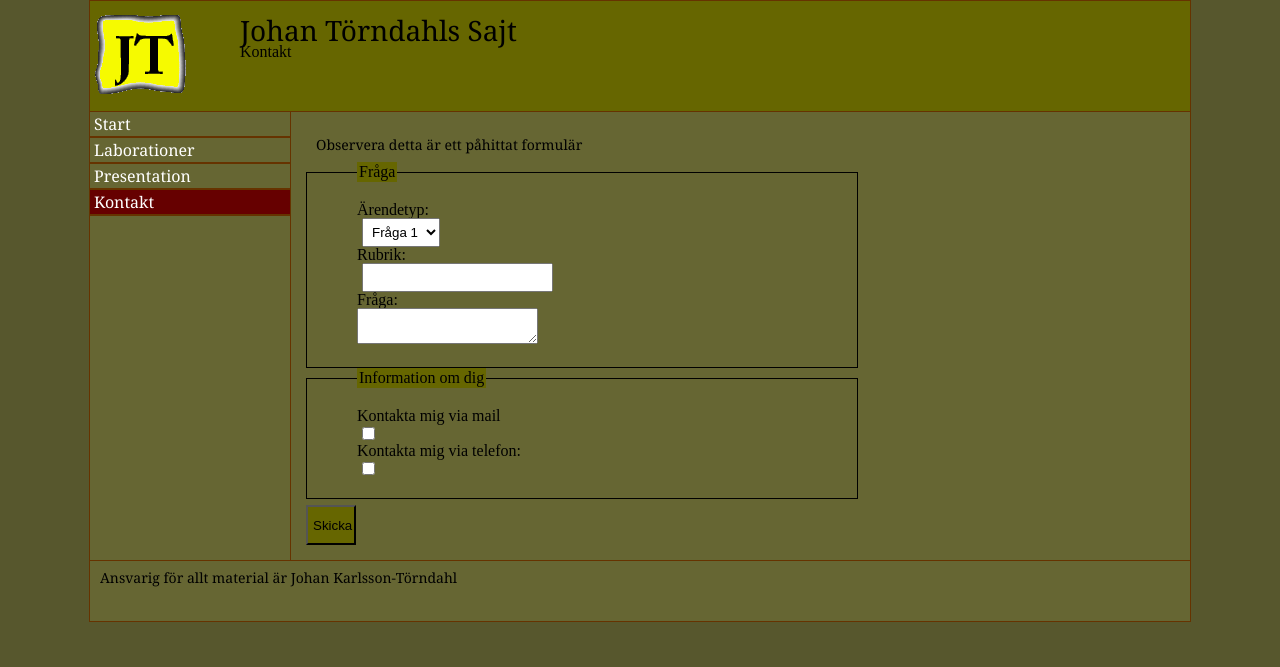
Repository: jt222ia/1ik415-jt222ia-laborationer
Page: pages/kontakt.html
The author's editor kept a record of every edit. The page is drawn from the files as they stood at one moment, then again after the next edit.
The browser window is 1280 px wide. The pictures show the whole page.

Above is the page before.

### pages/kontakt.html
<!DOCTYPE html>
<html>
    <head>
        <meta charset="utf-8" />
        <title>Min kursblogg - Kontakt</title>
        <link rel="stylesheet" href="../css/style.css" type="text/css" />
    </head>
    <body>
    <div id="container">

        <div id="header">
            <div id="header_logo">
                <img src="../pics/logo_trans.png" alt="logotyp">
            </div>

            <div id="header_content">
                <h1 class="top_h1">Johan Törndahls Sajt</h1>
                <span>Kontakt</span>
            </div>
        </div>
        <div id="clear"></div>

        <div id="navigation">
            <ul>
               <li><a href="../index.html">Start</a></li>
               <li><a href="laborationer.html">Laborationer</a></li>
               <li><a href="presentation.html">Presentation</a></li>
               <li><a href="kontakt.html" class="active">Kontakt</a></li>
            </ul>
        </div>
        <div id="content">
            <p>Observera detta är ett påhittat formulär</p>

            <form method="POST" action="http://voyager.lnu.se/tekinet/kurser/dtt/wp_webbintro/form.php">
                <fieldset>
                <legend>Fråga</legend>
                <label for="arende">Ärendetyp:</label><br />
                    <select name="arende" class="input">
                        <option value="fragaett">Fråga 1</option>
                        <option value="fragatva">Fråga 2</option>
                    </select><br />
                <label for="rubrik">Rubrik:</label><br />
                    <input type="text" name="rubrik" class="input" /><br />
                <label for="">Fråga:</label><br />
                <textarea></textarea>
                </fieldset>

                <fieldset>
                <legend>Information om dig</legend>
                <label for="mail">Kontakta mig via mail</label><br /><input type="checkbox" name="mail" class="input" /><br />
                <label for="telefon">Kontakta mig via telefon:</label><br /><input type="checkbox" name="telefon" class="input" />
                </fieldset>

               <input type="submit" value="Skicka" class="submit" />
            </form>
        </div>
        <div id="footer">
            <p>Ansvarig för allt material är Johan Karlsson-Törndahl </p>
        </div>
    </div>
    </body>
</html>

### css/style.css
/*
Mina färger
Container, content, navigation - #666633
Header,  - #666600
Borders - #663300
Länkar - #fff
Active link - #660000
*/

html, body, div, span, applet, object, iframe,
h1, h2, h3, h4, h5, h6, p, blockquote, pre,
a, abbr, acronym, address, big, cite, code,
del, dfn, em, img, ins, kbd, q, s, samp,
small, strike, strong, sub, sup, tt, var,
b, u, i, center,
dl, dt, dd, ol, ul, li,
fieldset, form, label, legend,
table, caption, tbody, tfoot, thead, tr, th, td,
article, aside, canvas, details, embed,
figure, figcaption, footer, header, hgroup,
menu, nav, output, ruby, section, summary,
time, mark, audio, video {
	margin: 0;
	padding: 0;
	border: 0;
	font-size: 100%;
	font: inherit;
	vertical-align: baseline;
}
/* HTML5 display-role reset for older browsers */
article, aside, details, figcaption, figure,
footer, header, hgroup, menu, nav, section {
	display: block;
}
body {
	line-height: 1;
}
ol, ul {
	list-style: none;
}
blockquote, q {
	quotes: none;
}
blockquote:before, blockquote:after,
q:before, q:after {
	content: '';
	content: none;
}
table {
	border-collapse: collapse;
	border-spacing: 0;
}

body {
 background-color:#57572D;

}

/*De stora blocken */

#container{
    margin:0 auto;
    width:1100px;
    border:1px solid #663300;
    background-color:#666633;

}

#header {
    height:110px;
    background-color:#666600;
    border-bottom:1px solid #663300;

}
#header_logo {
    float:left;
    width:150px;


}
#header_content {
    float:left;
    width:500px;

}

#navigation{
    width:200px;
    float:left;
    background-color:#666633;

}
#content {
    width:868px;
    float:left;
    padding:15px;
    background-color:#666633;
    border-left:1px solid #663300;

}
#content p {
  line-height:15px;

}

#footer {
    clear:both;
    height:60px;
    border-top:1px solid #663300;
    background-color:#666633;
}
#clear {
    clear:both;
}

/* Menyn */

#navigation ul {
     margin:0px;
     padding:0px;
     list-style:none;
}
#navigation ul li {

}
#navigation ul a {
    display:block;
    padding:4px;
    width:200px;
    font-family:georgia;
    text-decoration:none;
    border-bottom:2px solid #663300;
    color:#fff;
    background-color:#666633;

}
#navigation ul a:hover{
    background-color:#663333;
}

/* Formulär på kontaktsidan */
fieldset {
    width:500px;
    padding:20px 0 20px 50px;
    border:1px solid #000;

}
legend {
    background-color:#666600;
    padding:2px;
}
.input{
    padding:5px;
    margin-left:5px;
}
.submit{
    width:50px;
    height:40px;
    padding:5px;
    margin-top:6px;
    background-color:#666600;
}



/*Klasser */

#navigation ul li .active {
   background-color:#660000;

}
.postauthor{
    text-align:right;
    font-style:italic;

}
.top_h1 {
    margin-top:15px;
    margin-right:10px;
}

.icon{
    float:left;
}

.img_right{
   float:right;
   border:2px solid #000;
   background-color:#dedede;
   padding:5px;
}
.img_left{

   border:2px solid #000;
   background-color:#ededed;
   padding:5px;
}
.sidul {
    list-style:none;
    margin-left:5px;
}
.sidol {
    margin-left:5px;

}

/*Typografi på sidan */

h1 {
    font-size:28px;
    font-family:Georgia, sans-serif;

}
h2 {
    font-size:24px;
    font-family:Georgia, sans-serif;
    text-decoration:underline;

}
h3 {
    font-size:18px;
    font-family:Georgia, sans-serif;
    padding:5px;

}
a {
    text-decoration:none;
    font-style:bold;
    color:#fff;
}
p{
    font-size:14px;
    font-family:Georgia;
    padding:10px;
}
dl, dt, ol {
    margin-left:5px;

}

After the next edit:
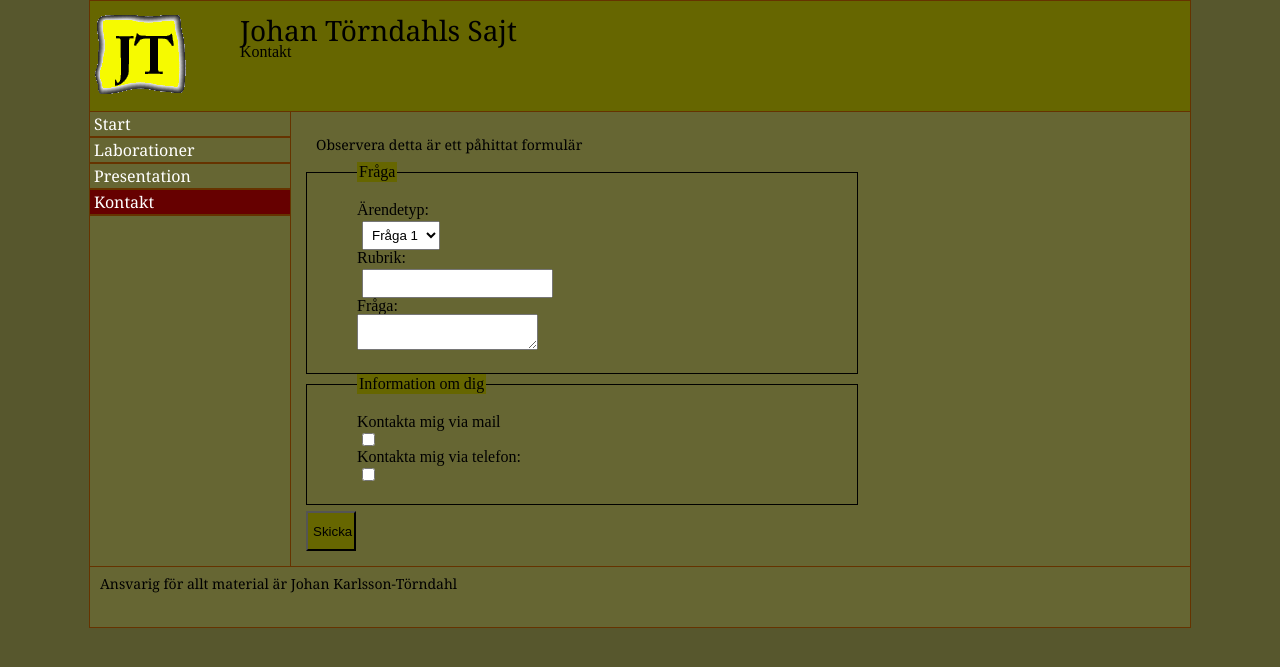
The edit:
--- a/css/style.css
+++ b/css/style.css
@@ -152,6 +152,7 @@
 .input{
     padding:5px;
     margin-left:5px;
+    margin-top:3px;
 }
 .submit{
     width:50px;
